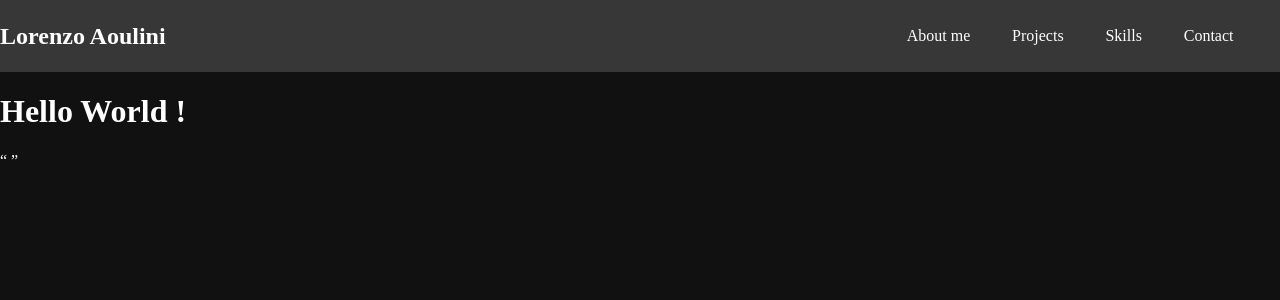
Repository: lolo298/lolo298.github.io
Page: index.html
The author's editor kept a copy of each file at every save. The page is drawn from the files as they stood at one save, then again after the next save.
The browser window is 1280 px wide. The pictures show the whole page.

Above is the page before, as saved 2022-05-10 13:17:10.

### index.html
<!DOCTYPE html>
<html lang="en">

<head>
    <meta charset="UTF-8">
    <meta http-equiv="X-UA-Compatible" content="IE=edge">
    <meta name="viewport" content="width=device-width, initial-scale=1.0">
    <link rel="stylesheet" href="css/style.css">
    <script src="js/functions.js"></script>
    <title>Portfolio</title>
</head>

<body>
    <div class="main-container">
        <nav class="main-navbar">
            <h1>Lorenzo Aoulini</h1>
            <div class="main-navbar-list">
                <a class="main-navbar-item" href="#">
                    <div>Contact</div>
                </a>
                <a class="main-navbar-item" href="#">
                    <div>Skills</div>
                </a>
                <a class="main-navbar-item" href="#">
                    <div>Projects</div>
                </a>
                <a class="main-navbar-item" href="#">
                    <div>About me</div>
                </a>
            </div>

        </nav>
        <h1>Hello World !</h1>
        <div class="quote-container">
            <div class="quote-text">
                <q>

                </q>
            </div>
        </div>

    </div>

</body>

</html>

### css/style.css
html {
    background-color: #111111;
}

body {
    padding: 0;
    margin: 0;
    width: 100vw;
    height: 100vh;
}

.main-container {
    color: white;
    height: 100%;
    width: 100%;
}

.main-navbar {
    background-color: #373737;
    height: 10%;
    width: 100%;
    display: flex;
    justify-content: space-between;
    align-items: center;
}

.main-navbar>* {
    margin: 0;
}

.main-navbar>h1 {
    width: 20%;
}

.main-navbar-list {
    width: 100%;
    display: flex;
    flex-direction: row-reverse;
    align-items: center;
    list-style: none;
    margin-right: 2%;
    height: 100%;
}

.main-navbar-item {
    display: flex;
    align-items: center;
    justify-content: center;
    text-decoration: none;
    color: white;
    width: max-content;
    height: 100%;
    padding: 0% 2% 0% 2%;
}

.main-navbar-item:hover {
    background-color: #6A6A6A;
}

.main-navbar-item>div {
    width: max-content;
}

Loaded but not shown: js/functions.js (no copy from this time; the picture is the same without it)

After the next save:
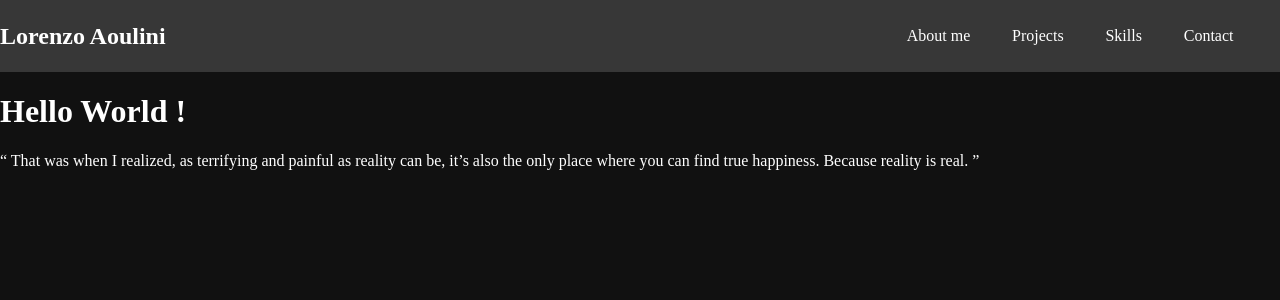
Saved 8 s later.
--- a/index.html
+++ b/index.html
@@ -34,7 +34,7 @@
         <div class="quote-container">
             <div class="quote-text">
                 <q>
-
+                    That was when I realized, as terrifying and painful as reality can be, it’s also the only place where you can find true happiness. Because reality is real.
                 </q>
             </div>
         </div>
